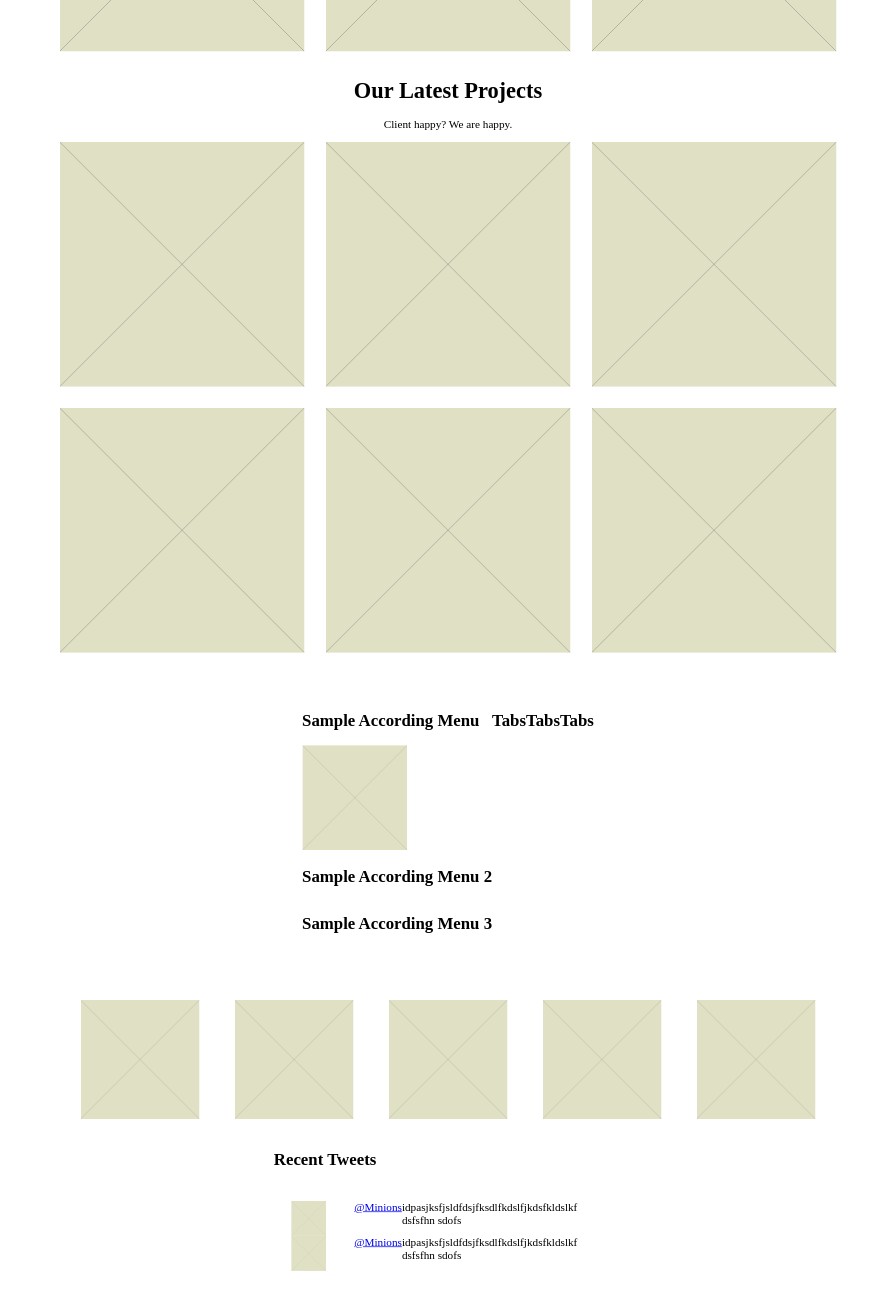
Repository: ReallyNguyen/responsive-web
Page: index.html
These files come from the project's save history. The page is drawn as it stood at one moment and after the next save; the edit follows.
The browser window is 1280 px wide. The pictures show the part of the page from y = 841 to 2761 px (the page is 2682 px tall before and 2761 px after), at 70% of full size.

Above is the page before, as saved 2023-01-25 21:49:49.

### index.html
<!doctype html>
<html class="no-js" lang="">

<head>
  <meta charset="utf-8">
  <title></title>
  <meta name="description" content="">
  <meta name="viewport" content="width=device-width, initial-scale=1">

  <meta property="og:title" content="">
  <meta property="og:type" content="">
  <meta property="og:url" content="">
  <meta property="og:image" content="">

  <link rel="manifest" href="site.webmanifest">
  <link rel="apple-touch-icon" href="icon.png">
  <!-- Place favicon.ico in the root directory -->

  <link rel="stylesheet" href="css/normalize.css">
  <link rel="stylesheet" href="css/main.css">

  <meta name="theme-color" content="#fafafa">
</head>

<body>
  <header>
    <div class="nav-bar">
      <h1 class="company-name" >Metrolics</h1>
      <img class="logo" src="placeholder.svg" alt="company logo" width="50" height="50">
      <img class="accordian" src="placeholder.svg" alt="accordian here" width="50" height="50">

    </div>

    <div class="introduction">
      <h1> Hey guys! This is the Metrolics theme. It sports a responsive layout with a mobile layout.</h1>
    </div>


  </header>



  <article>

    <div class="Title">
      <h1>
        Things we do
      </h1>
      <p>
        ask what we do
      </p>
    </div>

    <main>

      <div class="Contents">
        <div class="Content">
          <img src="placeholder.svg" alt="" width="50" height="50">
          <div class="Description">
            <h4 class="topic">
              Web Solution
            </h4>
            <p> ajisdjsad</p>
          </div>
        </div>

        <div class="Content">
          <img src="placeholder.svg" alt="" width="50" height="50">
          <div class="Description">
            <h4 class="topic">
              Photography
            </h4>
            <p> ajisdjsad</p>
          </div>
        </div>

        <div class="Content">
          <img src="placeholder.svg" alt="" width="50" height="50">
          <div class="Description">
            <h4 class="topic">
              Web Development
            </h4>
            <p> ajisdjsad</p>
          </div>
        </div>

        <div class="Content">
          <img src="placeholder.svg" alt="" width="50" height="50">
          <div class="Description">
            <h4 class="topic">
              Web Design
            </h4>
            <p> ajisdjsad</p>
          </div>
        </div>



      </div>

      <div class="whats_up_lately">

        <div class="Title">
          <h1>
            What's up lately?
          </h1>
          <p>
            Read up on our latest work
          </p>
        </div>

        <div class="Boxes">
          <img class="Sample" src="placeholder.svg" alt="" width="360" height="360">
          <img class="Sample" src="placeholder.svg" alt="" width="360" height="360">
          <img class="Sample" src="placeholder.svg" alt="" width="360" height="360">
        </div>
      </div>

      <div class="our_latest_projects">

        <div class="Title">
          <h1>
            Our Latest Projects
          </h1>
          <p>
            Client happy? We are happy.
          </p>
        </div>

        <div class="Boxes">
          <img class="Sample" src="placeholder.svg" alt="">
          <img class="Sample" src="placeholder.svg" alt="">
          <img class="Sample" src="placeholder.svg" alt="">
          <img class="Sample" src="placeholder.svg" alt="">
          <img class="Sample" src="placeholder.svg" alt="">
          <img class="Sample" src="placeholder.svg" alt="">
        </div>
      </div>

      <div class="Bottom">
        <div class="Menu">
          <div class="Menu1">
            <h2>Sample According Menu</h2>
            <div class="Desc-Menu1"></div>
            <img src="placeholder.svg" alt="" width="150" height="150">
          </div>
          <h2>Sample According Menu 2</h2>
          <h2>Sample According Menu 3</h2>
        </div>
        <div class="Tabs">
          <h2>Tabs</h2>
          <h2>Tabs</h2>
          <h2>Tabs</h2>
        </div>
      </div>

      <div class="Companies">
        <img class="Companies-Logo" src="placeholder.svg" alt="">
        <img class="Companies-Logo" src="placeholder.svg" alt="">
        <img class="Companies-Logo" src="placeholder.svg" alt="">
        <img class="Companies-Logo" src="placeholder.svg" alt="">
        <img class="Companies-Logo" src="placeholder.svg" alt="">
      </div>

      <div class="recent-tweets">
        <h2> Recent Tweets </h2>


        <div class="social-box">

          <div class="social-box-contents">
          <img src="placeholder.svg" alt="" width="50" height="50">
          <div class="social-text-box">
            <a href="url"> @Minions </a>
            <p> idpasjksfjsldfdsjfksdlfkdslfjkdsfkldslkf dsfsfhn sdofs </p>
        </div>
         </div>

        <div class="social-box-contents">
          <img src="placeholder.svg" alt="" width="50" height="50">
          <div class="social-text-box">
            <a href="url"> @Minions </a>
            <p> idpasjksfjsldfdsjfksdlfkdslfjkdsfkldslkf dsfsfhn sdofs </p>
          </div>
        </div>

        </div>
      </div>

    </main>



  </article>
</body>

</html>

### css/main.css
.nav-bar {
  display: flex;
  flex-direction: row;
  justify-content: center;
  margin: 50px;
}

.introduction {
  display: flex;
  justify-content: center;
}

.social-box {
  display: flex;
  justify-content: center;
  flex-direction: column;
  padding: 5%;

}

.social-text-box {
  display: flex;
  justify-content: center;
  padding-left: 40px;


}

.social-text-box-2 {
  display: flex;
  justify-content: center;
  padding-left: 40px;
}

.social-box-contents {
  display: flex;
  flex-direction: row;
}


article>div {
  margin: 15px;
}

.Title {
  display: flex;
  flex-direction: column;
  text-align: center;
  margin-top: 0;
}

main {
  display: flex;
  flex-direction: column;
  align-items: center;
}


.topic {
  margin: 0;
}

p {
  margin: 0px;
}

.Contents {
  display: flex;
  flex-direction: row;
}

.Content {
  display: flex;
  flex-direction: row;
  margin: 15px;
}

.Boxes {
  display: flex;
  display: flex;
  flex-wrap: wrap;
  justify-content: center;
}

.Sample {
  margin: 15px;
  width: 350px;
  height: 350px;
}

.Bottom {
  display: flex;
  flex-direction: row;
  margin: 50px;
}

.Menu {
  display: flex;
  flex-direction: column;
}

.Tabs {
  display: flex;
  flex-direction: row;
}

.Companies {
  display: flex;
  flex-direction: row;
}

.Companies-Logo {
  width: 170px;
  height: 170px;
  margin: 25px;
}

/* Small only */
@media screen and (max-width: 39.9375em) {
  header {
    display: flex;
    flex-direction: column;
    text-align: center;
    margin: 15px;
    font-size: 10px;
  }
}

/* Medium and up */
@media screen and (min-width: 40em) {
  h1 br {
    display: none;
  }

}

/* Medium only */
@media screen and (min-width: 40em) and (max-width: 63.9375em) {}

/* Large and up */
@media screen and (min-width: 64em) {}

/* Large only */
@media screen and (min-width: 64em) and (max-width: 74.9375em) {}

Loaded but not shown: css/normalize.css (library)

After the next save:
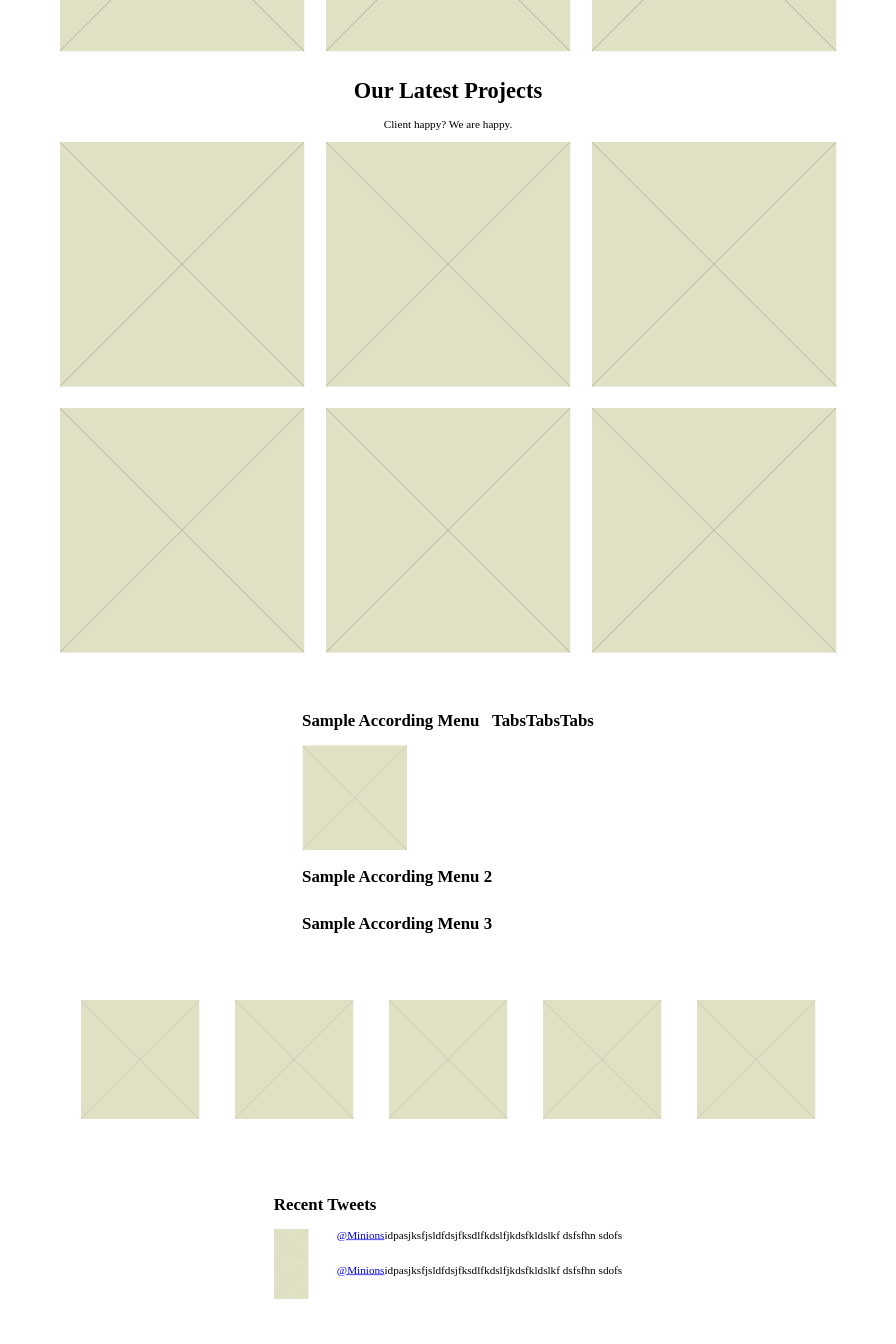
Saved 6 min 55 s later.
--- a/css/main.css
+++ b/css/main.css
@@ -10,7 +10,7 @@
   justify-content: center;
 }
 
-.social-box {
+.recent-tweets {
   display: flex;
   justify-content: center;
   flex-direction: column;
@@ -26,11 +26,7 @@
 
 }
 
-.social-text-box-2 {
-  display: flex;
-  justify-content: center;
-  padding-left: 40px;
-}
+
 
 .social-box-contents {
   display: flex;

After the 2 saves that followed:
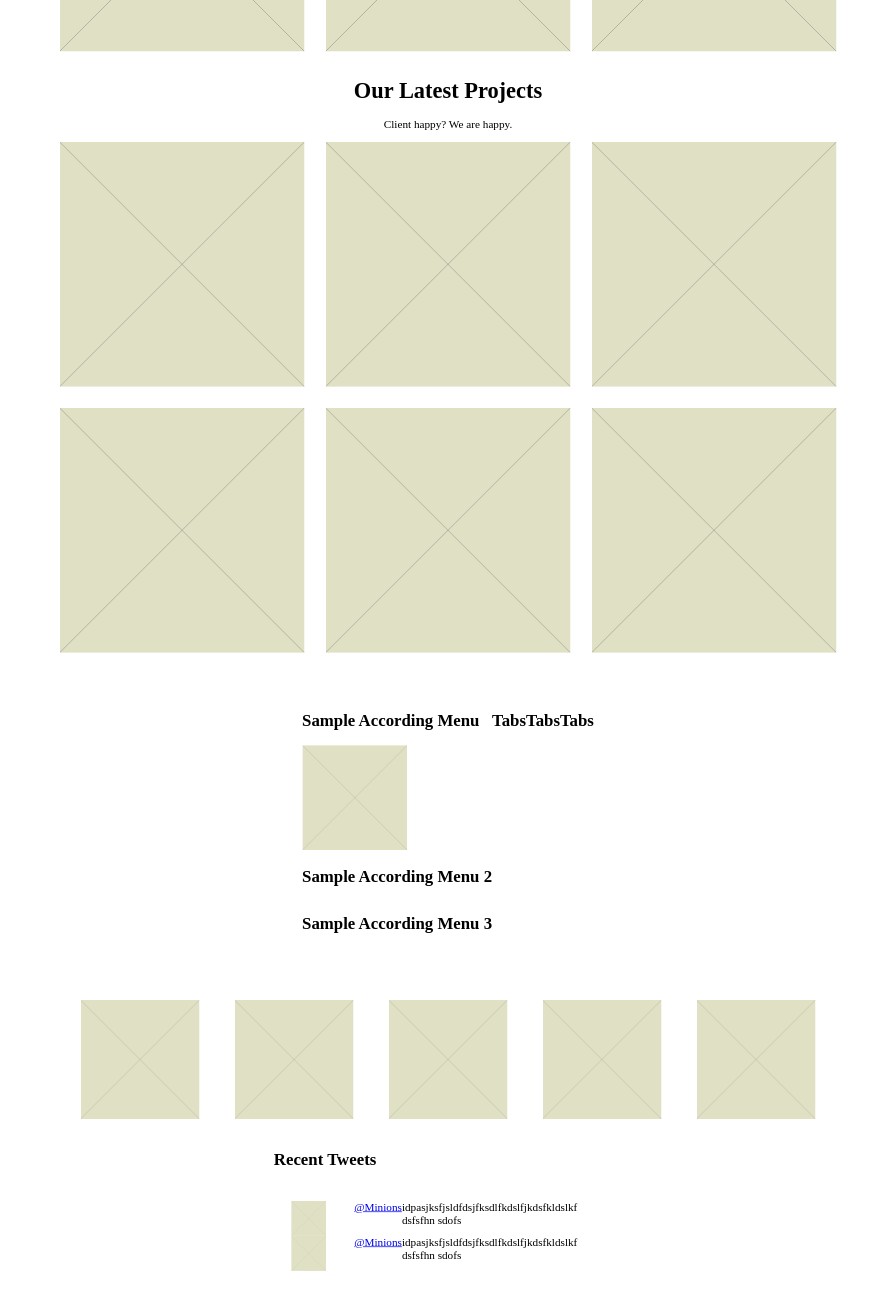
The 2 saves are shown as one change because they came seconds apart.
The last was saved 4 min 55 s later.
--- a/css/main.css
+++ b/css/main.css
@@ -10,7 +10,7 @@
   justify-content: center;
 }
 
-.recent-tweets {
+.social-box {
   display: flex;
   justify-content: center;
   flex-direction: column;
